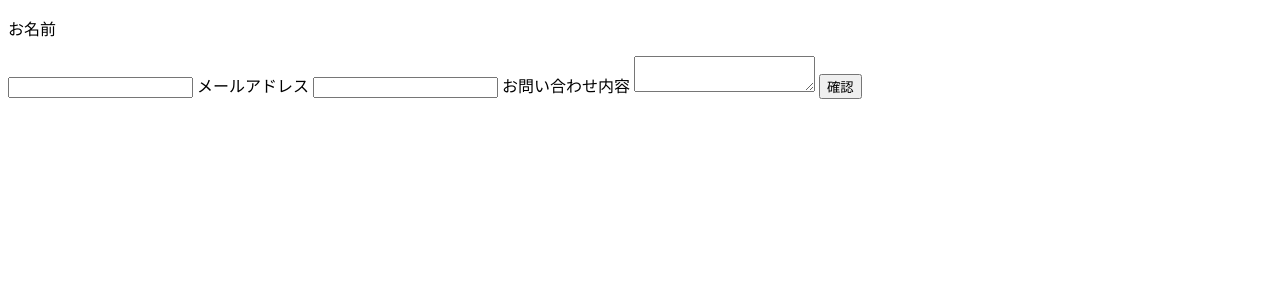
Repository: daytime/php_5days_challenge
Page: http://localhost/form.php
An editor plug-in stored every save of this project. The page is shown before and after the next save, followed by the edit.
The browser window is 1280 px wide. The pictures show the whole page.
The page is run by PHP 8.4 with error messages shown; the project is at /var/www/html/.

Above is the page before, as saved 2025-02-06 12:30:55.

### form.php
<!DOCTYPE html>
<html lang="ja">
<head>
    <meta charset="UTF-8">
    <meta name="viewport" content="width=device-width, initial-scale=1.0">
    <title>Document</title>
</head>
<body>
    <main>
        <form name="form1" method="post" action="confirm.php">
            <p><label for="name">お名前</label></p>
            <input type="text" name="name" id="name" required>
            <label for="email">メールアドレス</label>
            <input type="email" name="email" id="email" required>
            <label for="message">お問い合わせ内容</label>
            <textarea name="message" id="message" required></textarea>
            <button type="submit">確認</button>
    </main>

</body>
</html>

After the next save:
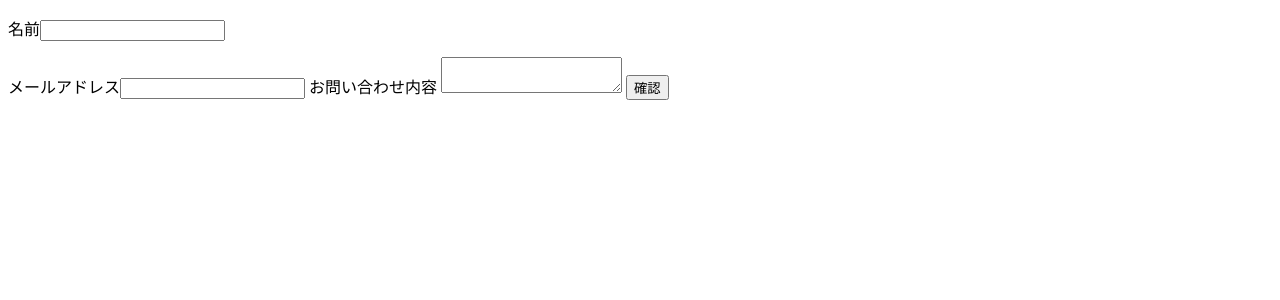
Saved 2 min 8 s later.
--- a/form.php
+++ b/form.php
@@ -8,10 +8,8 @@
 <body>
     <main>
         <form name="form1" method="post" action="confirm.php">
-            <p><label for="name">お名前</label></p>
-            <input type="text" name="name" id="name" required>
-            <label for="email">メールアドレス</label>
-            <input type="email" name="email" id="email" required>
+            <p><label>名前<input type="text" name="name" id="name" required></label></p>
+            <label for="email">メールアドレス<input type="text" name="email" id="email" required></label>
             <label for="message">お問い合わせ内容</label>
             <textarea name="message" id="message" required></textarea>
             <button type="submit">確認</button>
